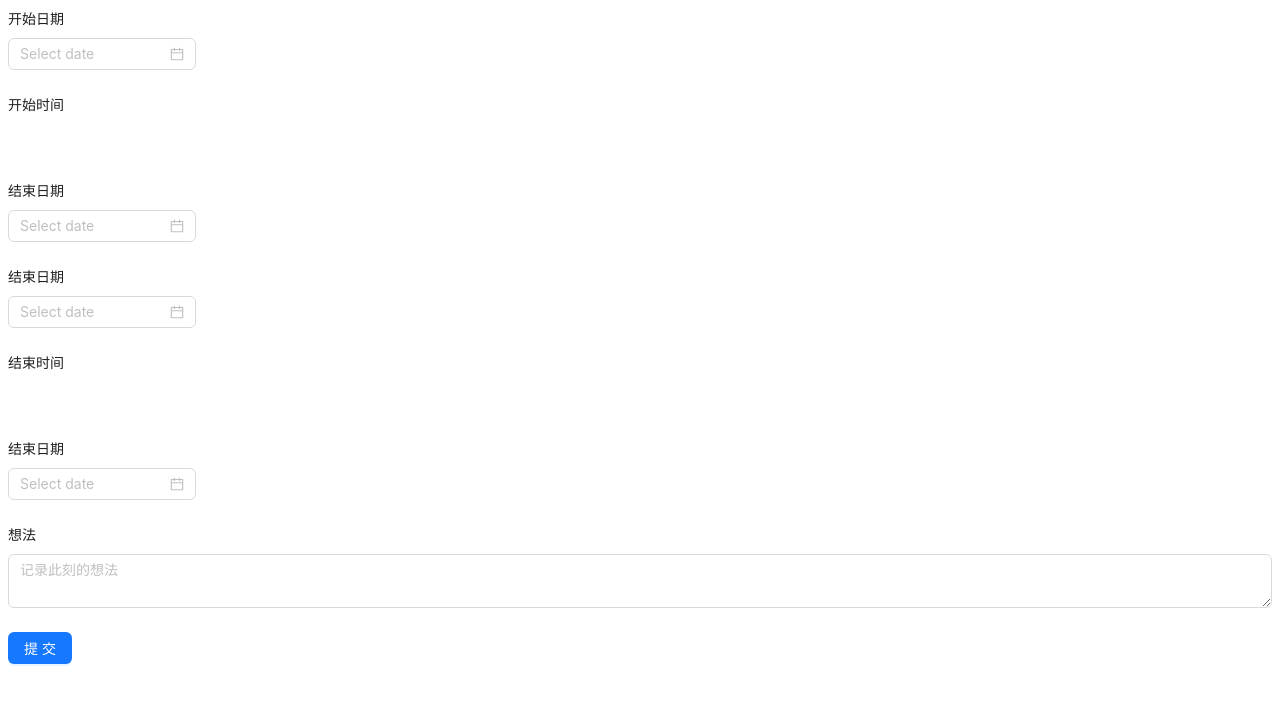
Repository: wujieli0207/time-value-app
Page: /
An editor plug-in stored every save of this project. The page is shown before and after the next save, followed by the edit.
The browser window is 1280 px wide. The pictures show the whole page.
The project was rebuilt for these pictures with package versions that can differ from the ones it lists, and the page was loaded fresh each time. Also part of the build but not shown: vite.config.ts.

Above is the page before, as saved 2024-01-29 10:49:50.

### src/App.tsx
import { Button, Form, Input, DatePicker } from 'antd'
import { useMemo, useState } from 'react'
import { generateTimesGap } from '@/utils'
import { ITimeInterface } from '#/time'

interface IFormItemShow {
  startDate: boolean
  startTime: boolean
  endDate: boolean
  endTime: boolean
}

interface FieldType
  extends Pick<ITimeInterface, 'catagoryId' | 'description' | 'status'> {
  startDate: string
  startTime: string
  endDate: string
  endTime: string
}

function App() {
  const [isFormItemShow, setIsFormItemShow] = useState({
    startDate: false,
    startTime: false,
    endDate: false,
    endTime: false,
  })

  const timeRange = useMemo(() => {
    return generateTimesGap()
  }, [])

  const handleToggleFormItemShow = (key: keyof IFormItemShow) => {
    setIsFormItemShow((prevState) => ({
      ...prevState,
      [key]: !isFormItemShow[key],
    }))
  }

  return (
    <>
      <Form layout="vertical">
        <Form.Item<FieldType> name="startDate" label="开始日期">
          <DatePicker />
        </Form.Item>
        <Form.Item<FieldType> name="startTime" label="开始时间"></Form.Item>
        <Form.Item label="结束日期">
          <DatePicker />
        </Form.Item>
        <Form.Item<FieldType> name="endDate" label="结束日期">
          <DatePicker />
        </Form.Item>
        <Form.Item<FieldType> name="endTime" label="结束时间"></Form.Item>
        <Form.Item label="结束日期">
          <DatePicker />
        </Form.Item>
        <Form.Item label="想法">
          <Input.TextArea placeholder="记录此刻的想法" />
        </Form.Item>
      </Form>

      <Button type="primary">提交</Button>
    </>
  )
}

export default App

### src/utils/index.ts
export { dateFormat, generateTimesGap } from './date'

### src/utils/date.ts
import dayjs, { ConfigType } from 'dayjs'
import { DateFormatEnum } from '@/enums/global'

/**
 * @description 日期格式化
 */
export function dateFormat(
  date: ConfigType,
  fmt = DateFormatEnum.DATE
): string {
  if (date) {
    const result = dayjs(date).format(fmt)
    return result === 'Invalid date' ? '' : result
  }

  return ''
}

/**
 * @description 按照每 15 分钟到间隔，生成时间选择列表
 */
export function generateTimesGap(): Array<Record<'label' | 'value', string>> {
  const times = []
  for (let i = 0; i < 24; i++) {
    for (let j = 0; j < 60; j += 15) {
      const date = new Date()
      date.setHours(i, j)
      const isPM = i >= 12
      const hour = isPM ? i - 12 : i
      const minute = j < 10 ? '0' + j : j
      const label = `${isPM ? '下午' : '上午'} ` + hour + ':' + minute
      times.push({
        label: label,
        value: dateFormat(date, DateFormatEnum.MINUTE),
      })
    }
  }
  return times
}

### src/enums/global.ts
export enum ThemeEnum {
  SYSTEM = 'system', // 跟随系统
  LIGHT = 'light',
  DARK = 'dark',
}

export enum LanguageEnum {
  ZH_CN = 'zh-CN',
  EN_US = 'en-US',
}

export enum DateFormatEnum {
  DATE = 'YYYY-MM-DD',
  DATE_TIME = 'YYYY-MM-DD HH:mm:ss',
  DATE_MINUTE = 'YYYY-MM-DD HH:mm',
  MINUTE = 'HH:mm',
}

Loaded but not shown: index.html (common file); src/main.tsx (common file)

After the next save:
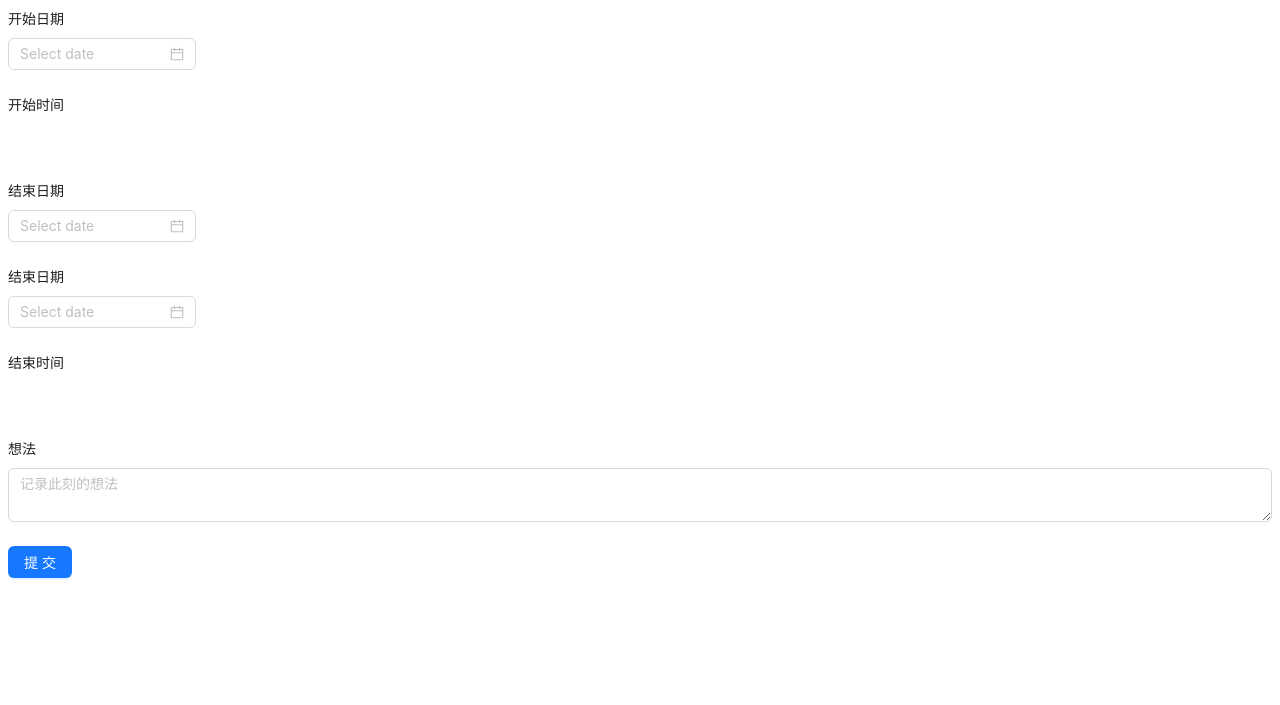
Saved 7 s later.
--- a/src/App.tsx
+++ b/src/App.tsx
@@ -51,9 +51,6 @@ function App() {
           <DatePicker />
         </Form.Item>
         <Form.Item<FieldType> name="endTime" label="结束时间"></Form.Item>
-        <Form.Item label="结束日期">
-          <DatePicker />
-        </Form.Item>
         <Form.Item label="想法">
           <Input.TextArea placeholder="记录此刻的想法" />
         </Form.Item>
